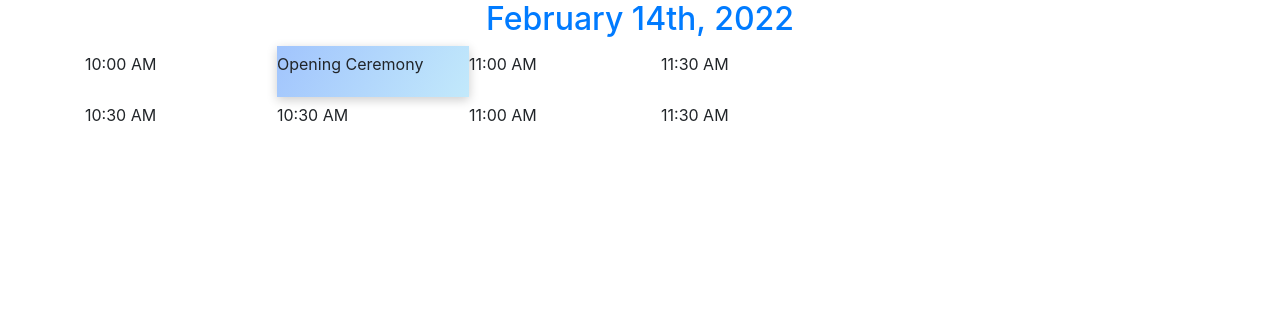
Repository: BaileyLuu/yuHacks2022
Page: public/schedule.html
These files come from the project's save history. The page is drawn as it stood at one moment and after the next save; the edit follows.
The browser window is 1280 px wide. The pictures show the whole page.
Some web libraries are served in a nearby version.

Above is the page before, as saved 2021-11-20 12:43:04.

### public/schedule.html
<!DOCTYPE html>
<html lang="en">

<head>
    <meta charset="UTF-8">
    <meta http-equiv="X-UA-Compatible" content="IE=edge">
    <meta name="viewport" content="width=device-width, initial-scale=1.0">

    <script src="https://ajax.googleapis.com/ajax/libs/jquery/3.5.1/jquery.min.js"></script>

    <!-- Popper JS -->
    <script src="https://cdnjs.cloudflare.com/ajax/libs/popper.js/1.12.9/umd/popper.min.js"
        integrity="sha384-ApNbgh9B+Y1QKtv3Rn7W3mgPxhU9K/ScQsAP7hUibX39j7fakFPskvXusvfa0b4Q"
        crossorigin="anonymous"></script>

    <!-- Latest compiled JavaScript -->
    <script src="https://maxcdn.bootstrapcdn.com/bootstrap/4.0.0/js/bootstrap.min.js"
        integrity="sha384-JZR6Spejh4U02d8jOt6vLEHfe/JQGiRRSQQxSfFWpi1MquVdAyjUar5+76PVCmYl"
        crossorigin="anonymous"></script>

    <!-- Latest compiled and minified CSS -->
    <link rel="stylesheet" href="https://maxcdn.bootstrapcdn.com/bootstrap/4.0.0/css/bootstrap.min.css"
        integrity="sha384-Gn5384xqQ1aoWXA+058RXPxPg6fy4IWvTNh0E263XmFcJlSAwiGgFAW/dAiS6JXm" crossorigin="anonymous">

    <!-- AOS CSS Library CDN -->
    <link href="https://unpkg.com/aos@2.3.1/dist/aos.css" rel="stylesheet">
    <!-- Bootstrap Icons -->
    <link rel="stylesheet" href="https://cdn.jsdelivr.net/npm/bootstrap-icons@1.7.0/font/bootstrap-icons.css">



    <script src="https://code.jquery.com/jquery-3.2.1.slim.min.js"
        integrity="sha384-KJ3o2DKtIkvYIK3UENzmM7KCkRr/rE9/Qpg6aAZGJwFDMVNA/GpGFF93hXpG5KkN"
        crossorigin="anonymous"></script>
    <link rel="stylesheet" href="./schedule.css">
    <script src="schedule.js"></script>
    <script src="https://ajax.googleapis.com/ajax/libs/jquery/3.3.1/jquery.min.js"></script>
    <title>yuHacks Schedule</title>
</head>

<body>
    <section class="">
        <div class="container">
            <h2 class="text-primary title text-center">February 14th, 2022</h1>

                <!-- <div class="row row-cols-2">
          <div class="col">Column</div>
          <div class="col">Column</div>
          <div class="col">Column</div>
          <div class="col">Column</div>
          <div class="col">Column</div>
          <div class="col">Column</div>

        </div>
        <div class="row row-cols-2">
            <div class="col">Column</div>
            <div class="col">Column</div>
            <div class="col">Column</div>
            <div class="col">Column</div>
            <div class="col">Column</div>
            <div class="col">Column</div>

          </div> -->
                <div class="schedule-table">



                    <div class="box schedule-time">
                        <div class="schedule-time">10:00 AM</div>
                        <div class="schedule-time session-box">Opening Ceremony</div>
                        <div class="schedule-time">11:00 AM</div>
                        <div class="schedule-time">11:30 AM</div>
                        <!-- <div class="schedule-time">12:00 PM</div>
                        <div class="schedule-time">12:30 PM</div>
                        <div class="schedule-time">01:00 PM</div>
                        <div class="schedule-time">01:30 PM</div>
                        <div class="schedule-time">02:00 PM</div>
                        <div class="schedule-time">02:30 PM</div>
                        <div class="schedule-time">03:00 PM</div>
                        <div class="schedule-time">03:30 PM</div>
                        <div class="schedule-time">04:00 PM</div>
                        <div class="schedule-time">04:30 PM</div>
                        <div class="schedule-time">05:00 PM</div>
                        <div class="schedule-time">05:30 PM</div>
                        <div class="schedule-time">06:00 PM</div>
                        <div class="schedule-time">06:30 PM</div>
                        <div class="schedule-time">07:00 PM</div>
                        <div class="schedule-time">07:30 PM</div>
                        <div class="schedule-time">08:00 PM</div>
                        <div class="schedule-time">08:30 PM</div>
                        <div class="schedule-time">09:00 PM</div>
                        <div class="schedule-time">09:30 PM</div>
                        <div class="schedule-time">10:00 PM</div>
                        <div class="schedule-time">10:30 PM</div>
                        <div class="schedule-time">11:00 PM</div>
                        <div class="schedule-time">11:30 PM</div> -->
                    </div>
                    <div class="box schedule-time">
                        <div class="schedule-time">10:30 AM</div>
                        <div class="schedule-time">10:30 AM</div>
                        <div class="schedule-time">11:00 AM</div>
                        <div class="schedule-time">11:30 AM</div>
                    </div>

                    <!-- <div class="col-md-8">
              <div>Introduction to Github</div>
              <div></div>
              <div>Introduction to Bootstrap</div>
          </div> -->

                </div>
        </div>
    </section>

    <script src="https://cdnjs.cloudflare.com/ajax/libs/jquery/3.6.0/jquery.min.js"
        integrity="sha512-894YE6QWD5I59HgZOGReFYm4dnWc1Qt5NtvYSaNcOP+u1T9qYdvdihz0PPSiiqn/+/3e7Jo4EaG7TubfWGUrMQ=="
        crossorigin="anonymous" referrerpolicy="no-referrer"></script>
    <!-- Option 1: Bootstrap Bundle with Popper -->
    <script src="https://cdn.jsdelivr.net/npm/bootstrap@5.1.3/dist/js/bootstrap.bundle.min.js"
        integrity="sha384-ka7Sk0Gln4gmtz2MlQnikT1wXgYsOg+OMhuP+IlRH9sENBO0LRn5q+8nbTov4+1p"
        crossorigin="anonymous"></script>

    <script src="https://unpkg.com/aos@2.3.1/dist/aos.js"></script>
    <script>
        AOS.init({
            offset: 500,
            duration: 800,
            once: true,
        }

        );
    </script>
</body>

</html>

### public/schedule.css
/* body {
    background-color: #141c3c;
  } */

.schedule-time{
  display:flex;
  flex-direction: column;
  width:15vw;
  height:7vh;
  box-sizing: border-box;
  z-index: 50;
  line-height: 5vh;
  flex-wrap: wrap;

}
.session-box{
  background-image: linear-gradient(120deg, #a1c4fd 0%, #c2e9fb 100%);
  box-shadow: 0 3px 10px rgb(0 0 0 / 0.2);
  display:inline-flexbox;
}
.schedule-table{
  display:flex;
  flex-direction:column;

}
.box>* {
  flex: 1 1 80px;
}

Loaded but not shown: public/schedule.js (no copy from this time; the picture is the same without it)

After the next save:
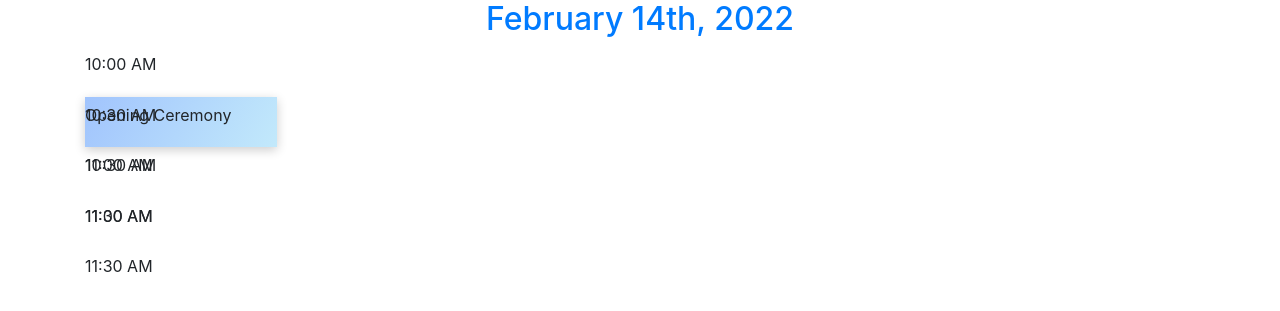
Saved 68 s later.
--- a/public/schedule.css
+++ b/public/schedule.css
@@ -11,12 +11,12 @@
   z-index: 50;
   line-height: 5vh;
   flex-wrap: wrap;
-
+ display: inline-block;
 }
 .session-box{
   background-image: linear-gradient(120deg, #a1c4fd 0%, #c2e9fb 100%);
   box-shadow: 0 3px 10px rgb(0 0 0 / 0.2);
-  display:inline-flexbox;
+
 }
 .schedule-table{
   display:flex;

After the save that followed:
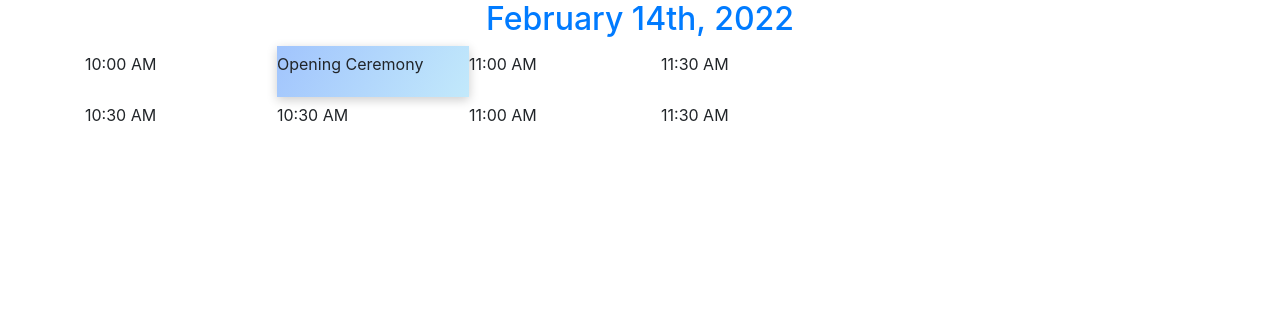
Saved 12 s later.
--- a/public/schedule.css
+++ b/public/schedule.css
@@ -11,7 +11,7 @@
   z-index: 50;
   line-height: 5vh;
   flex-wrap: wrap;
- display: inline-block;
+
 }
 .session-box{
   background-image: linear-gradient(120deg, #a1c4fd 0%, #c2e9fb 100%);
